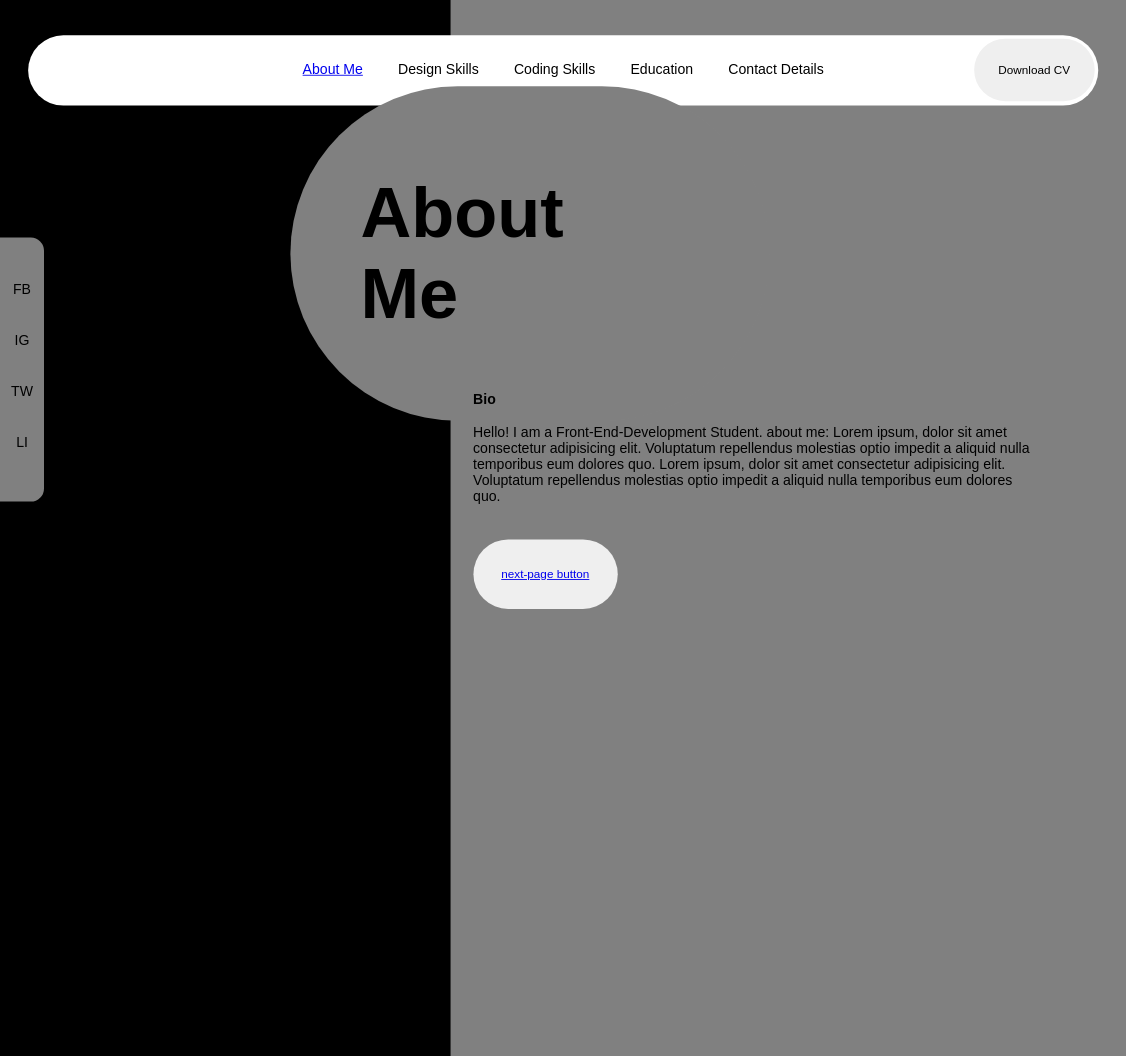
Repository: WesleyErasmus/MyDigitalResume-4
Page: about.html
These files come from the project's save history. The page is drawn as it stood at one moment and after the next save; the edit follows.
The browser window is 1280 px wide. The pictures show the whole page, at 88% of full size.

Above is the page before, as saved 2022-02-19 21:22:15.

### about.html
<!DOCTYPE html>
<html lang="en">
<head>
    <meta charset="UTF-8">
    <meta http-equiv="X-UA-Compatible" content="IE=edge">
    <meta name="viewport" content="width=device-width, initial-scale=1.0">
    <title>Wesley Erasmus Digital Resume 4 Project</title>
    <link rel="stylesheet" href="about.css">
</head>
<body>
    <body>
        <!-- Landing page -->
        <header class="nav-menu-top">
            <ul class="top-nav-menu-buttons">
                <li><a href="/about.html" target="">About Me</a></li>
                <li>Design Skills</li>
                <li>Coding Skills</li>
                <li>Education</li>
                <li>Contact Details</li>
            </ul>
            <button id="download-cv">Download CV</button>
            <!-- Name / download CV / etc -->
        </header>

        <aside class="self-portrait">
            <!-- creative image of myself -->
            <p>aside with large portrait image of myself</p>
        </aside>
        <nav class="social-media-links">
            <ul class="social-media-links">
                <li>FB</li>
                <li>IG</li>
                <li>TW</li>
                <li>LI</li>
            </ul>
            <!-- side social media icons (float left / column direction) -->
        </nav>
            <h1 class="name">
                <span class="name">
                    About
                    <br>
                    Me
                </span>
            </h1>
            <!-- main bio; FED student / link to 2nd html page with CV content -->
         <article>
             <h4 ID="title">Bio</h4>
            <div class="about-me">
                <p>Hello! I am a Front-End-Development Student. about me: Lorem ipsum, dolor sit amet consectetur adipisicing elit. Voluptatum repellendus molestias optio impedit a aliquid nulla temporibus eum dolores quo. Lorem ipsum, dolor sit amet consectetur adipisicing elit. Voluptatum repellendus molestias optio impedit a aliquid nulla temporibus eum dolores quo.</p>
            </div>
            <button class="next-page">
                <a href="/about.html" target="">next-page button</a>
            </button>
        </article>


    </body>
</body>
</html>

### about.css
* {
    font-family: Arial, Helvetica, sans-serif;
    margin: 0;
    padding: 0;
}
body {
    background-color: grey;
    overflow:hidden;
}
header.nav-menu-top {
    position: relative;
    /* Positions explained in below link: https://developer.mozilla.org/en-US/docs/Web/CSS/position */
    text-align: center;
    margin: 0 auto;
    /* Margin: 0 auto can be used to center an object horizontally  */
    width: 95%;
    height: 80px;
    border-radius: 50px;
    margin-top: 40px;
    background-color: #fff;
}
ul.top-nav-menu-buttons{
    display: flex;
    justify-content: center;
    padding: 30px;
}
.top-nav-menu-buttons li {
    margin: 0 20px 0 20px;
    list-style-type: none;
    text-align: center;
}
button#download-cv {
    position: relative;
    float: right;
    top: -74px;
    right: 4px;
    padding: 28px;
    border-radius: 50px;
    border: NONE;
}
aside.self-portrait {
    z-index: -1;
    /* z-index explained in below link:
     https://developer.mozilla.org/en-US/docs/Web/CSS/z-index */
    background-color: black;
    position: absolute;
    top: 0;
    left: 0;
    height: 1200px;
    width: 40%;
}
nav.social-media-links {
    position: relative;
    height: 300px;
    width: 50px;
    float: left;
    top: 150px;
    left: 0px;
    background-color: grey;
    border-radius: 0 15px 15px 0;
}
ul.social-media-links{
    padding: 50px 5px 5px 5px;
    text-align: center;
    display: flex;
    flex-direction: column;

}
.social-media-links li{
    margin-bottom: 40px;
}
h1.name {
    background-color: grey;
    margin: 0 auto;
    width: 30vw;
    height: 300px;
    margin: 0;
    position: absolute;
    top: 40%;
    left: 47vw;
    transform: translate(-50%, -50%);
    /* Used to centre my .name container. Explained in below link: https://css-tricks.com/centering-percentage-widthheight-elements/ */
    padding: 40px 80px 40px 80px;
    font-size: 80px;
    border-radius: 200px;
}
span {
    position: absolute;
    top: 50%;
    transform: translate(-0%, -50%);
}
article {
    width: 50%;
    left: 41%;
    position: absolute;
    height: 500px;
    top: 60vh;
    padding: 1%;
}
h4#title {
    margin-bottom: 20px;
}
button.next-page {
    margin-top: 40px;
    padding: 2rem;
    border-radius: 50px;
    border: none;
}

After the next save:
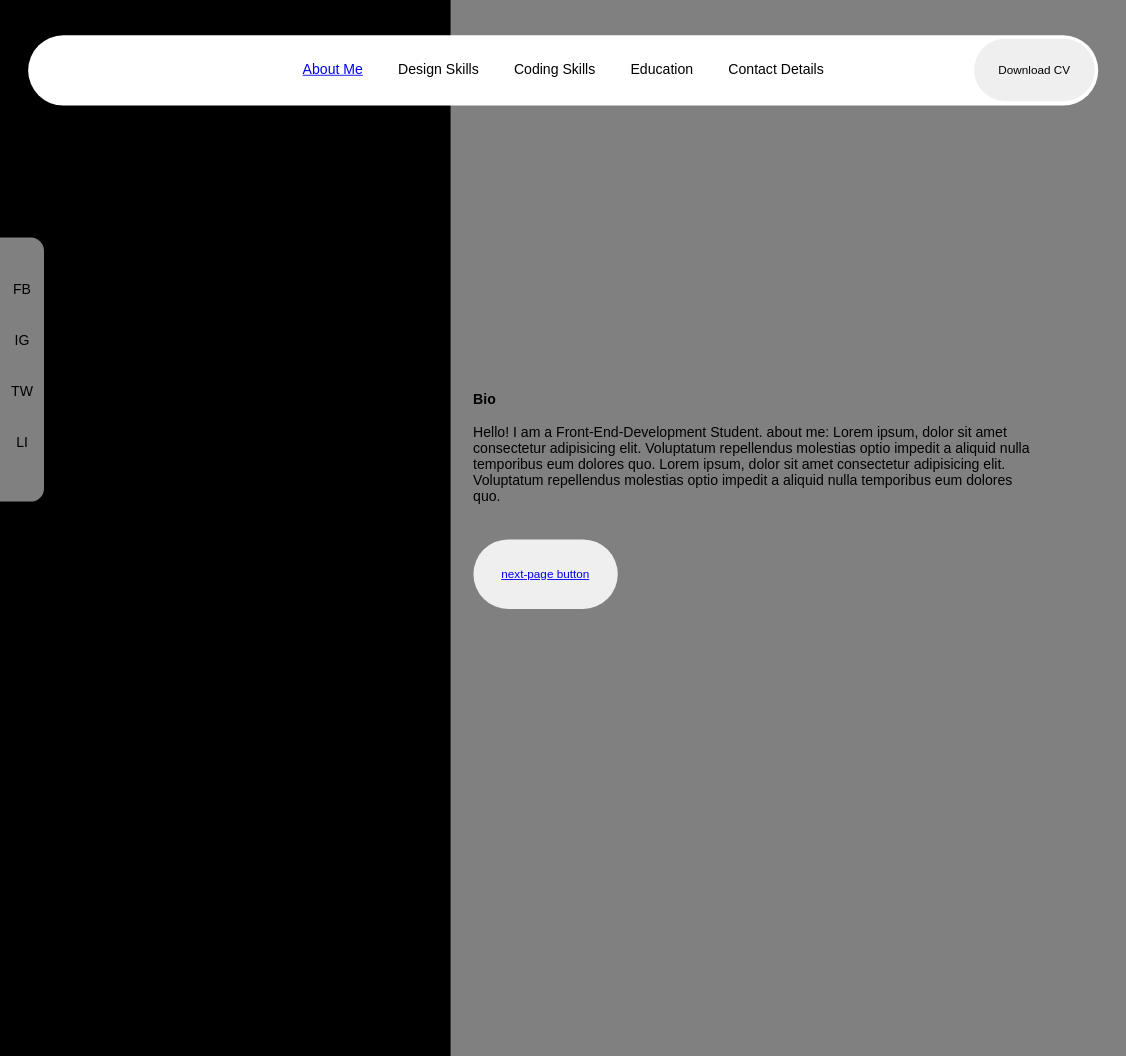
Saved 5 min 54 s later.
--- a/about.html
+++ b/about.html
@@ -35,13 +35,7 @@
             </ul>
             <!-- side social media icons (float left / column direction) -->
         </nav>
-            <h1 class="name">
-                <span class="name">
-                    About
-                    <br>
-                    Me
-                </span>
-            </h1>
+
             <!-- main bio; FED student / link to 2nd html page with CV content -->
          <article>
              <h4 ID="title">Bio</h4>
